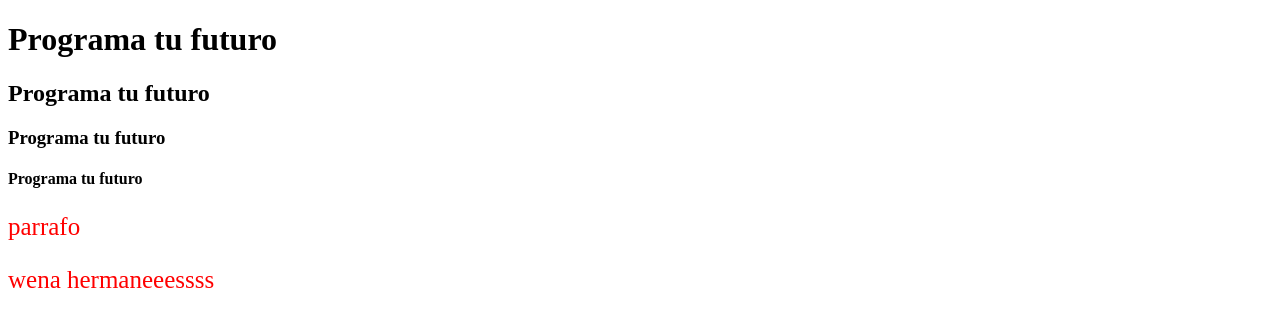
Repository: keanzato/Workspace
Page: login-web-app/src/main/webapp/index.html
An editor plug-in stored every save of this project. The page is shown before and after the next save, followed by the edit.
The browser window is 1280 px wide. The pictures show the whole page.

Above is the page before, as saved 2016-06-20 16:36:45.

### login-web-app/src/main/webapp/index.html
<!DOCTYPE html>
<html>
	<head>
		<meta charset="ISO-8859-1">
		<title>Pagina inicial</title>
		<style type = "text/css">
			p{
				color: red;
				font-size: 25px;
			}
		</style>

	<body>

		<h1>Programa tu futuro</h1>
		<h2>Programa tu futuro</h2>
		<h3>Programa tu futuro</h3>
		<h4>Programa tu futuro</h4>

		<p>parrafo</p>
		<p>wena hermaneeessss</p>
	</body>
</html>

After the next save:
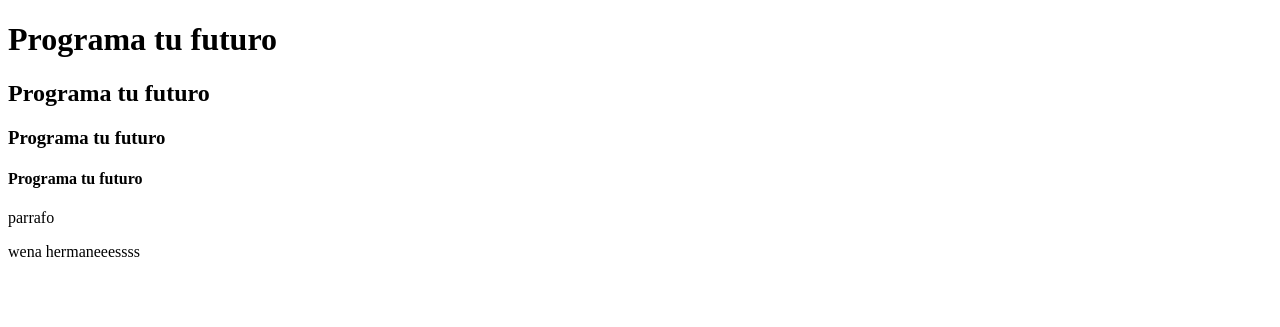
Saved 43 s later.
--- a/login-web-app/src/main/webapp/index.html
+++ b/login-web-app/src/main/webapp/index.html
@@ -4,7 +4,7 @@
 		<meta charset="ISO-8859-1">
 		<title>Pagina inicial</title>
 		<style type = "text/css">
-			p{
+			p.intro{
 				color: red;
 				font-size: 25px;
 			}
